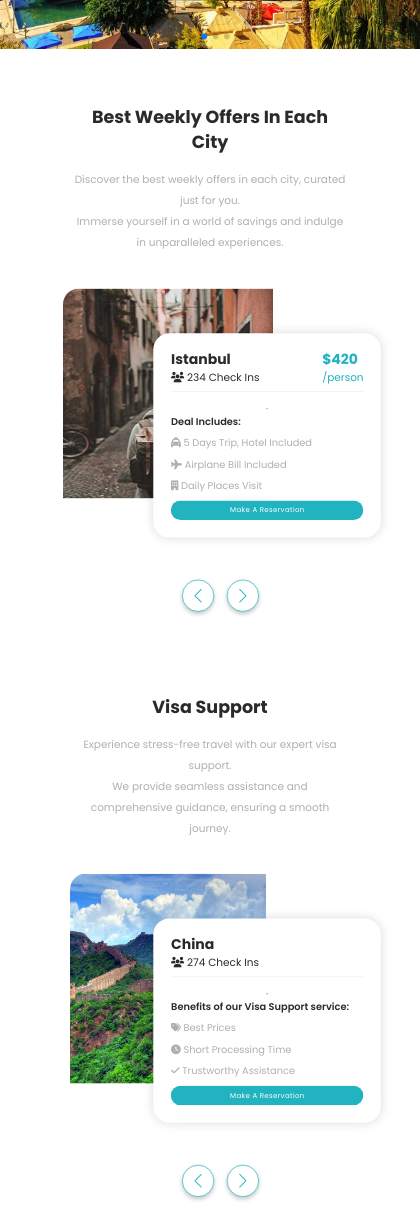
Repository: asadbekdev07/asadbekdev-zamontour-react
Page: /
These files come from the project's save history. The page is drawn as it stood at one moment and after the next save; the edit follows.
The browser window is 600 px wide. The pictures show the part of the page from y = 440 to 2680 px (the page is 2188 px tall before and 4618 px after), at 70% of full size.
The project was rebuilt for these pictures with package versions that can differ from the ones it lists, and the page was loaded fresh each time. Also part of the build but not shown: vite.config.js.

Above is the page before, as saved 2024-05-26 17:31:32.

### index.html
<!doctype html>
<html lang="en">
  <head>
    <meta charset="UTF-8" />
    <link rel="icon" type="image/svg+xml" href="/vite.svg" />
    <meta name="viewport" content="width=device-width, initial-scale=1.0" />
    <title>Vite + React</title>
    <link rel="stylesheet" href="https://cdnjs.cloudflare.com/ajax/libs/font-awesome/6.5.2/css/all.min.css" integrity="sha512-SnH5WK+bZxgPHs44uWIX+LLJAJ9/2PkPKZ5QiAj6Ta86w+fsb2TkcmfRyVX3pBnMFcV7oQPJkl9QevSCWr3W6A==" crossorigin="anonymous" referrerpolicy="no-referrer" />

  </head>
  <body>
    <div id="root"></div>
    <script type="module" src="/src/main.jsx"></script>
  </body>
</html>

### src/main.jsx
import React from 'react'
import ReactDOM from 'react-dom/client'
import App from './assets/components/App'
import './assets/styles/index.css'
import './i18n'

ReactDOM.createRoot(document.getElementById('root')).render(
  <React.StrictMode>
    <App />
  </React.StrictMode>,
)

### src/assets/components/App.jsx
import Offers from "./Offers"
import SiteHeader from "./Site-header"
import SliderHero from "./Slider-hero"
import Visa from "./Visa"

function App() {

  return (
    <>
      <SiteHeader />
      <SliderHero />
      <Offers />
      <Visa />
    </>
  )
}

export default App

### src/assets/styles/index.css
/* CUSTOM PROPS */
:root {
  --primary-color: #22b3c1;
  --primary-bg-color: #ffffff;
  --border-color: #eeeeee;
  --secondary-text-color: #2a2a2a;
  --grayish-text-color: #afafaf;
  --form-border-color: #e0e0e0;
}

/* FONT-FACE  */
@font-face {
  font-family: "Poppins";
  src: url("../fonts/Poppins-Regular.woff2") format("woff2"), url("../fonts/Poppins-Regular.woff") format("woff");
  font-weight: normal;
  font-style: normal;
  font-display: swap;
}
@font-face {
  font-family: "Poppins";
  src: url("../fonts/Poppins-BoldItalic.woff2") format("woff2"), url("../fonts/Poppins-BoldItalic.woff") format("woff");
  font-weight: bold;
  font-style: italic;
  font-display: swap;
}
@font-face {
  font-family: "Poppins";
  src: url("../fonts/Poppins-SemiBold.woff2") format("woff2"), url("../fonts/Poppins-SemiBold.woff") format("woff");
  font-weight: 600;
  font-style: normal;
  font-display: swap;
}
@font-face {
  font-family: "Poppins";
  src: url("../fonts/Poppins-Medium.woff2") format("woff2"), url("../fonts/Poppins-Medium.woff") format("woff");
  font-weight: 500;
  font-style: normal;
  font-display: swap;
}
@font-face {
  font-family: "Poppins";
  src: url("../fonts/Poppins-Bold.woff2") format("woff2"), url("../fonts/Poppins-Bold.woff") format("woff");
  font-weight: bold;
  font-style: normal;
  font-display: swap;
}

/* GLOBAL  */
html {
  box-sizing: border-box;
  height: 100%;
  scroll-behavior: smooth;
}

*,
*::before,
*::after {
  box-sizing: inherit;
}

:focus {
  outline: 2px dotted var(--primary-color);
  outline-offset: 3px;
}

body {
  display: flex;
  flex-direction: column;
  height: 100%;
  padding: 0;
  margin: 0;
  font-weight: 400;
  font-family: "Poppins", "Arial", sans-serif;
  font-size: 15px;
  background-color: #ffffff;
  color: var(--grayish-text-color);
}

img {
  max-width: 100%;
  height: auto;
}

/* AUTOFILL-STYLES */
/*input:-webkit-autofill,
input:-webkit-autofill:hover,
input:-webkit-autofill:focus,
textarea:-webkit-autofill,
textarea:-webkit-autofill:hover,
textarea:-webkit-autofill:focus,
select:-webkit-autofill,
select:-webkit-autofill:hover,
select:-webkit-autofill:focus {
  border-color: transparent;
  -webkit-text-fill-color: inherit;
  -webkit-box-shadow: 0 0 0px 1000px #fff inset;
}*/


/* PLACEHOLDER-STYLES */
/*::-webkit-input-placeholder,
::-moz-placeholder,
:-ms-input-placeholder,
:-moz-placeholder {
  color: rgba(52, 49, 61, 0.5);
  opacity: 1;
}*/


/* VISUALLY-HIDDEN */
.visually-hidden {
  position: absolute;
  width: 1px;
  height: 1px;
  margin: -1px;
  border: 0;
  padding: 0;
  clip: rect(0 0 0 0);
  overflow: hidden;
}


/* CONTAINER  */
.container {
  width: 100%;
  max-width: 1200px;
  padding-left: 20px;
  padding-right: 20px;
  margin-left: auto;
  margin-right: auto;
}

/* MAIN-CONTENT  */
.main-content {
  flex-grow: 1;
}

/* BUTTON  */
.button {
  padding: 13px 30px;
  margin: 0;
  display: inline-block;
  border-radius: 25px;
  font-weight: 500;
  line-height: 21px;
  font-size: 14px;
  letter-spacing: 0.5px;
  transition: color 0.4s ease;
  text-transform: capitalize;
  border: 1px solid transparent;
  background-color: #22b3c1;
  color: #ffffff;
  overflow: hidden;
  text-decoration: none;
  cursor: pointer;
  white-space: nowrap;
  text-align: center;
}
.button:hover {
  opacity: 0.8;
}
.button:active {
  opacity: 0.6;
}

.button--arrow {
  color: #22b3c1;
  transition: all 0.5s ease;
  text-decoration: none;
}

.button--white {
  background-color: #ffffff;
  color: #22b3c1;
}
.button--white:hover {
  background-color: #22b3c1;
  color: #ffffff;
  opacity: 1;
}

.button--form {
  width: 100%;
  display: block;
}

.button--cta {
  border: 1px solid #e0e0e0;
}
.button--cta:hover {
  background-color: #ffffff;
  color: #22b3c1;
  opacity: 1;
}

/* SITE-HEADER  */
.site-header {
  position: relative;
  padding: 15px 20px;
  background-color: var(--primary-color);
}

.site-header :focus {
  outline: 2px dotted var(--primary-bg-color);
  outline-offset: 3px;
}

.site-header__container {
  display: flex;
  align-items: center;
  justify-content: space-between;
}

.site-header__sitenav {
  display: flex;
  align-items: center;
  justify-content: space-between;
}

.sitenav__list {
  padding: 0;
  margin: 0;
  list-style: none;
  display: flex;
  align-items: center;
}

.sitenav__item {
  margin-right: 30px;
}

.sitenav__link {
  text-decoration: none;
  color: var(--primary-bg-color);
  transition: color 0.4s ease;
}

.sitenav__link:hover {
  color: var(--secondary-text-color);
}

.sitenav__link:active {
  opacity: 0.6;
}

.lang {
  margin: 0;
  padding: 0;
  list-style: none;
  display: flex;
  align-items: center;
}

.lang__item {
  margin-right: 30px;
}

.lang__link {
  text-decoration: none;
  color: var(--primary-bg-color);
  transition: color 0.4s ease;
}

.lang__link:hover {
  color: var(--secondary-text-color);
}

.lang__link:active {
  opacity: 0.6;
}

.social {
  margin: 0;
  padding: 0;
  list-style: none;
  display: flex;
  align-items: center;
}

.social__item:not(:last-child) {
  margin-right: 30px;
}

.social__link {
  display: block;
  text-decoration: none;
}

.social__icon {
  display: block;
  color: var(--primary-bg-color);
}

.fa-telegram {
  transition: color 0.4s ease;
}

.fa-instagram {
  transition: color 0.4s ease;
}

.fa-telegram:hover {
  color: var(--secondary-text-color)
}

.fa-instagram:hover {
  color: var(--secondary-text-color)
}

.site-header__toggler {
  display: none;
  width: 24px;
  height: 22px;
  border: 0;
  background-color: transparent;
  padding: 0;
  margin: 0;
  color: var(--primary-bg-color);
}

/* SLIDER-HERO  */
.slider {
  background-position: center;
  background-repeat: no-repeat;
  background-size: cover;
}

.slider__container {
  width: 90%;
  padding-top: 90px;
  padding-bottom: 90px;
  display: flex;
  flex-direction: column;
  align-items: center;
}

.slider__top {
  padding-top: 50px;
  width: 100%;
  text-align: center;
}

.slider__top-heading {
  margin-top: 0;
  margin-bottom: 20px;
  font-weight: 500;
  font-size: 20px;
  color: var(--primary-bg-color);
}

.slider__top-city {
  margin-top: 0;
  margin-bottom: 30px;
  font-weight: 700;
  font-size: 50px;
  color: var(--primary-bg-color);
}

.slider__bottom {
  width: 100%;
}

.list {
  padding: 0;
  margin: 0;
  list-style: none;
  padding: 30px 60px;
  margin-top: 40px;
  display: flex;
  align-items: center;
  justify-content: space-between;
  border-radius: 60px;
  background-color: var(--primary-bg-color);
}

.list__item-inner {
  display: flex;
  align-items: center;
}
.list__item-inner .fa {
  display: flex;
  align-items: center;
  justify-content: center;
  margin-right: 20px;
  width: 60px;
  height: 60px;
  border-radius: 50%;
  line-height: 50px;
  font-size: 25px;
  text-align: center;
  border: 1px solid var(--primary-color);
  color: var(--primary-color);
}

.list__subheading {
  margin: 0;
  font-weight: 700;
  font-size: 20px;
  line-height: 28px;
  color: var(--primary-color);
}
.list__subheading span {
  font-weight: 400;
  font-size: 15px;
  color: var(--grayish-text-color);
}

.lang__link.selected {
  font-weight: bold;
  color: var(--primary-color);
  text-decoration: underline;
}

/* OFFERS  */
.offers,
.visa {
  position: relative;
  padding-top: 80px;
  padding-bottom: 80px;
}

.offers__content,
.visa__content {
  width: 70%;
  margin-left: 15%;
  margin-right: 15%;
  margin-bottom: 50px;
  text-align: center;
}

.offers__title,
.visa__title {
  margin-top: 0;
  margin-bottom: 20px;
  font-weight: 700;
  font-size: 30px;
  line-height: 36px;
  text-transform: capitalize;
  color: var(--secondary-text-color);
}

.offers__description,
.visa__description {
  line-height: 30px;
}

.offers__card,
.visa__card {
  width: 350px;
  height: 420px;
  border-radius: 8px;
  display: flex;
  cursor: pointer;
  align-items: center;
  justify-content: center;
  flex-direction: column;
  position: relative;
}

.offers__img,
.visa__img {
  height: 300px;
  padding-right: 150px;
  padding-bottom: 120px;
  border-top-left-radius: 23px;
  border-bottom-left-radius: 23px;
}


.visa__img {
  width: 50%;
  object-fit: cover;
}

.inner {
  position: absolute;
  right: 1%;
  display: flex;
  flex-direction: column;
  justify-content: center;
  position: absolute;
  z-index: 10000;
  width: 250px;
  padding: 25px;
  border-radius: 23px;
  box-shadow: 0px 0px 15px rgba(0, 0, 0, 0.15);
  background-color: var(--primary-bg-color);
}

.inner__top {
  display: flex;
  align-items: center;
  justify-content: space-between;
  padding-bottom: 10px;
  position: relative;
  margin-bottom: 15px;
  border-bottom: 1px solid #eee;
}

.inner__top h4 {
  font-size: 20px;
  line-height: 24px;
  color: var(--secondary-text-color);
  margin: 0;
}

.inner__top h6 {
  margin: 0;
  font-weight: 700;
  font-size: 20px;
  line-height: 24px;
  color: var(--primary-color);
}
.inner__top span {
  font-weight: 400;
  font-size: 15px;
  line-height: 18px;
}

.inner__list {
  margin: 0;
  padding: 0;
  list-style: none;
  margin-bottom: 10px;
}

.inner__list li:not(:last-child) {
  margin-bottom: 10px;
}

.inner__list li:not(:first-child) {
  font-size: 14px;
  line-height: 21px;
  color: var(--grayish-text-color);
}

.inner__list-title {
  font-weight: 600;
  font-size: 14px;
  line-height: 20px;
  color: var(--secondary-text-color);
}

.swiper-buttons {
  display: flex;
  justify-content: center;
  position: absolute;
  left: 42%;
  bottom: 10%; /* Adjust as needed */
  width: 15%;
}

.swiper-button-next,
.swiper-button-prev {
  width: 46px;
  height: 46px;
  border-radius: 50%;
  border: 1.5px solid var(--primary-color);
  background-color: var(--primary-bg-color);
  color: var(--primary-color);
  text-align: center;
  line-height: 44px;
  cursor: pointer;
  box-shadow: 0 3px 6px rgba(0, 0, 0, 0.23);
  margin: 0 15px;
  font-size: 20px;
}

.swiper-button-next:hover,
.swiper-button-prev:hover {
  background-color: var(--primary-color);
  color: var(--primary-bg-color);
}

.swiper-button-next::after,
.swiper-button-prev::after {
  font-size: 20px; /* Custom size for the arrow icons */
}

@media only screen and (min-width: 1000px) and (max-width: 1200px) {
  .offers__card {
    width: 30%;
  }

  .offers__img {
    height: 300px;
    padding-right: 85px;
    padding-bottom: 120px;
  }

  .inner {
    width: 210px;
    padding: 21px;
  }
}
@media only screen and (max-width: 1000px) {
  .offers__card {
    width: 45%;
  }

  .offers__img {
    height: 300px;
    padding-right: 60px;
    padding-bottom: 120px;
  }

  .inner {
    width: 225px;
    padding: 25px;
  }

  .swiper-buttons {
    left: 45%;
  }

  .swiper-button-next,
  .swiper-button-prev {
    margin: 0 0;
  }
}

@media only screen and (max-width: 900px) {
  .site-header__sitenav {
    display: none;
  }

  .site-header__toggler {
    display: block;
  }

  .site-header.is-open .site-header__sitenav {
    z-index: 1000;
    width: 90%;
    display: flex;
    flex-direction: column;
    position: absolute;
    top: 90%;
    left: 5%;
    right: 5%;
    background-color: var(--primary-bg-color);
  }

  .site-header.is-open .sitenav {
    width: 100%;
  }

  .site-header.is-open .sitenav__list,
  .site-header.is-open .social,
  .site-header.is-open .lang {
    display: flex;
    flex-direction: column;
    width: 100%;
  }

  .site-header.is-open .sitenav__item,
  .site-header.is-open .lang__item,
  .site-header.is-open .social__item {
    width: 100%;
    margin: 0;
    padding-top: 8px;
    padding-bottom: 8px;
    border-bottom: 1px solid var(--form-border-color);
    text-align: center;
  }

  .site-header.is-open .sitenav__link,
  .site-header.is-open .lang__link,
  .site-header.is-open .social__link,
  .site-header.is-open .social__icon {
    color: var(--secondary-text-color);
  }

  .site-header.is-open .lang__link:hover,
  .site-header.is-open .social__link:hover,
  .site-header.is-open .social__icon:hover {
    color: var(--primary-color);
  }
  /* LIST */
  .list__subheading {
    font-size: 15px;
    line-height: 18px;
  }
  .list__subheading span {
    font-size: 12px;
  }
  .list__item-inner .fa {
    margin-right: 15px;
    width: 50px;
    height: 50px;
    border-radius: 50%;
    line-height: 40px;
    font-size: 20px;
  }
}

@media only screen and (max-width: 800px) {
  .button {
    padding: 10px 20px;
    border-radius: 20px;
    font-weight: 400;
    line-height: 15px;
    font-size: 13px;
    letter-spacing: 0.5px;
  }
  /* SLIDER  */
  .slider__top-heading {
    margin-bottom: 18px;
    font-weight: 500;
    font-size: 16px;
  }
  .slider__top-city {
    margin-top: 0;
    margin-bottom: 25px;
    font-weight: 700;
    font-size: 40px;
  }

  .swiper-button-next,
  .swiper-button-prev {
    margin: 0 -8px;
  }
}

@media only screen and (min-width: 500px) and (max-width: 700px) {
  .offers__img,
  .visa__img {
    padding-right: 120px;
  }
  .inner {
    width: 275px;
    margin-right: 30px;
  }
}

@media only screen and (max-width: 700px) {
  .list {
    padding: 20px 40px;
    margin-top: 30px;
    border-radius: 50px;
  }
  .list__item-inner .fa {
    margin-right: 12px;
    width: 35px;
    height: 35px;
    border-radius: 50%;
    line-height: 25px;
    font-size: 15px;
  }
  .list__subheading {
    font-size: 13px;
    line-height: 15px;
  }
  .list__subheading span {
    font-size: 10px;
  }
  .offers__title,
  .visa__title {
    font-size: 25px;
  }
  .offers__img {
    width: 300px;
  }
  .swiper-button-next,
  .swiper-button-prev {
    margin: 0 -12px;
  }
}

@media only screen and (max-width: 600px) {
  .button {
    padding: 8px 18px;
    border-radius: 18px;
    font-weight: 400;
    line-height: 10px;
    font-size: 10px;
    letter-spacing: 0.5px;
  }
  /* SLIDER  */
  .slider {
    padding-top: 0;
    padding-bottom: 0;
  }
  .slider__top {
    padding-top: 20px;
  }
  .slider__top-heading {
    margin-bottom: 14px;
    font-weight: 500;
    font-size: 12px;
  }
  .slider__top-city {
    margin-top: 0;
    margin-bottom: 20px;
    font-weight: 700;
    font-size: 30px;
  }
  /* LIST  */
  .list__item-inner .fa {
    margin-right: 10px;
    width: 30px;
    height: 30px;
    border-radius: 50%;
    line-height: 20px;
    font-size: 12px;
  }
  .list__subheading {
    font-size: 10px;
    line-height: 12px;
  }
  .list__subheading span {
    font-size: 8px;
  }
  .swiper-button-next,
  .swiper-button-prev {
    margin: 0 -20px;
  }
}

@media only screen and (max-width: 500px) {
  .button {
    padding: 6px 12px;
    border-radius: 15px;
    font-weight: 400;
    line-height: 1;
    font-size: 7px;
    letter-spacing: 0.5px;
  }
  /* SLIDER  */

  .slider__container {
    padding-top: 50px;
    padding-bottom: 50px;
  }
  /* LIST  */
  .list {
    padding: 15px 22px;
    margin-top: 25px;
    border-radius: 40px;
  }
  .list__item-inner .fa {
    margin-right: 5px;
    width: 20px;
    height: 20px;
    border-radius: 50%;
    line-height: 10px;
    font-size: 8px;
  }
  .list__subheading {
    font-size: 7px;
    line-height: 1;
  }
  .list__subheading span {
    font-size: 5px;
  }
  .offers__img {
    width: 230px;
  }
  .swiper-button-next,
  .swiper-button-prev {
    margin: 0 -35px;
  }
}

@media
only screen and (-webkit-min-device-pixel-ratio: 2),
only screen and (   min--moz-device-pixel-ratio: 2),
only screen and (     -o-min-device-pixel-ratio: 2/1),
only screen and (        min-device-pixel-ratio: 2),
only screen and (                min-resolution: 192dpi),
only screen and (                min-resolution: 2dppx) {

}

### src/i18n.jsx
import i18n from 'i18next';
import { initReactI18next } from 'react-i18next';
import Backend from 'i18next-http-backend';
import laungageDetector from 'i18next-browser-languagedetector';
import enLang from '../public/locales/en.json'
import uzLang from '../public/locales/uz.json'
import ruLang from '../public/locales/ru.json'

i18n
.use(Backend)
.use(laungageDetector)
.use(initReactI18next)
.init({
  fallbackLng: 'en',
  lng: 'en',
  debug: true,
  resources: {
    en:{translation: enLang},
    uz:{translation: uzLang},
    ru:{translation: ruLang}
  }
})

export default i18n;

### src/assets/components/Slider-hero.jsx
import React from 'react';
import { Swiper, SwiperSlide } from 'swiper/react';
import 'swiper/css';
import 'swiper/css/pagination';
import 'swiper/css/navigation';


import { Autoplay, Pagination, Navigation } from 'swiper/modules';

import istanbulImg from '/img/istanbul.jpg';
import antalyaImg from '/img/antalya.jpg';
import dubaiImg from '/img/dubai2.jpg';
import sharmImg from '/img/sharm.jpg';

const slidesData = [
  {
    img: istanbulImg,
    city: 'Istanbul',
    population: '15.5 M',
    territory: '5.461 km²',
    avgPrice: '$946.000'
  },
  {
    img: antalyaImg,
    city: 'Antalya',
    population: '1.5 M',
    territory: '1.417 km²',
    avgPrice: '$1.100.200'
  },
  {
    img: dubaiImg,
    city: 'Dubai',
    population: '3.3 M',
    territory: '35 km²',
    avgPrice: '$425.000'
  },
  {
    img: sharmImg,
    city: 'Sharm El-Sheikh',
    population: '0.07 M',
    territory: '45 km²',
    avgPrice: '$165.450'
  }
];

const SlideContent = ({ img, city, population, territory, avgPrice }) => (
  <section className="slider" style={{ backgroundImage: `url(${img})` }}>
    <div className="container slider__container">
      <div className="slider__top">
        <h3 className="slider__top-heading">Take a Glimpse Into The Beautiful City Of:</h3>
        <h2 className="slider__top-city">{city}</h2>
        <a className="button button--cta" href="#contact">Go There</a>
      </div>
      <div className="slider__bottom">
        <ul className="slider__bottom-list list">
          <li className="list__item">
            <div className="list__item-inner">
              <i className="fa fa-user"></i>
              <h4 className="list__subheading">
                <span>Population:</span><br />{population}
              </h4>
            </div>
          </li>
          <li className="list__item">
            <div className="list__item-inner">
              <i className="fa fa-globe"></i>
              <h4 className="list__subheading">
                <span>Territory:</span><br />{territory}
              </h4>
            </div>
          </li>
          <li className="list__item">
            <div className="list__item-inner">
              <i className="fa fa-home"></i>
              <h4 className="list__subheading">
                <span>Avg Price:</span><br />{avgPrice}
              </h4>
            </div>
          </li>
          <div className="list__item-inner">
            <a className="button" href="#contact">Explore More</a>
          </div>
        </ul>
      </div>
    </div>
  </section>
);

export default function SliderHero() {
  return (
    <Swiper
      spaceBetween={5}
      centeredSlides={true}
      autoplay={{
        delay: 5500,
        disableOnInteraction: false,
      }}
      pagination={{
        clickable: true,
      }}
      loop={true}
      navigation={false}
      modules={[Autoplay, Pagination, Navigation]}
      className="mySwiper"
    >
      {slidesData.map((slide, index) => (
        <SwiperSlide key={index}>
          <SlideContent {...slide} />
        </SwiperSlide>
      ))}
    </Swiper>
  );
}

### src/assets/components/Visa.jsx
import React from 'react';
import { Navigation, A11y } from 'swiper/modules';
import { Swiper, SwiperSlide } from 'swiper/react';
import 'swiper/css';
import 'swiper/css/navigation';

import china from '/img/china.jpg';
import hongkong from '/img/hongkong.jpg';
import europe from '/img/europe.jpeg';
import india from '/img/india.jpg';
import japan from '/img/japan.jpg';
import saudi from '/img/saudi.jpg';
import oman from '/img/oman.jpg';

const offersData = [
  { img: china, city: "China", checkIns: 274 },
  { img: hongkong, city: "Hong Kong", checkIns: 350 },
  { img: europe, city: "European (Schengen)", checkIns: 453 },
  { img: india, city: "India", checkIns: 220 },
  { img: japan, city: "Japan", checkIns: 442 },
  { img: saudi, city: "Saudi Arabia", checkIns: 424 },
  { img: oman, city: "Oman", checkIns: 389 }
];

const Visa = () => {
  return (
    <div className="visa">
      <div className="container">
        <div className="visa__content">
          <h2 className="visa__title">Visa Support</h2>
          <p className="visa__description">
          Experience stress-free travel with our expert visa support. <br/> We provide seamless assistance and comprehensive guidance, ensuring a smooth journey.
          </p>
        </div>
        <Swiper
          modules={[Navigation, A11y]}
          spaceBetween={15}
          slidesPerView={3}
          navigation={{ nextEl: '.swiper-button-next', prevEl: '.swiper-button-prev' }}
          loop={true}
          breakpoints={{
            1000: {
              slidesPerView: 3,
              spaceBetween: 15
            },
            700: {
              slidesPerView: 2,
              spaceBetween: 15
            },
            0: {
              slidesPerView: 1,
              spaceBetween: 15
            }
          }}
          onSwiper={(swiper) => console.log(swiper)}
          onSlideChange={() => console.log('slide change')}
        >
          {offersData.map((offer, index) => (
            <SwiperSlide key={index} className='visa__card'>
              <img className='visa__img' src={offer.img} alt={`${offer.city} img`} />
              <div className="visa__card-inner inner">
                <div className="inner__top">
                  <h4>{offer.city}<br /><span><i className="fa fa-users"></i> {offer.checkIns} Check Ins</span></h4>
                </div>
                <hr className='inner__divider' />
                <ul className='inner__list'>
                  <li className="inner__list-title">Benefits of our Visa Support service:</li>
                  <li><i className="fa fa-tags"></i> Best Prices</li>
                  <li><i className="fa fa-clock"></i> Short Processing Time</li>
                  <li><i className="fa fa-check"></i> Trustworthy Assistance</li>
                </ul>
                <a className="button button--wrapper" href="#contact">Make a Reservation</a>
              </div>
            </SwiperSlide>
          ))}
        </Swiper>
        <div className="swiper-buttons">
          <div className="swiper-button-prev"></div>
          <div className="swiper-button-next"></div>
        </div>
      </div>
    </div>
  );
};

export default Visa;

Loaded but not shown: public/locales/uz.json (12 lines, source omitted); public/locales/en.json (12 lines, source omitted); public/locales/ru.json (12 lines, source omitted); src/assets/components/Site-header.jsx (106 lines, source omitted); src/assets/components/Offers.jsx (86 lines, source omitted)

After the next save:
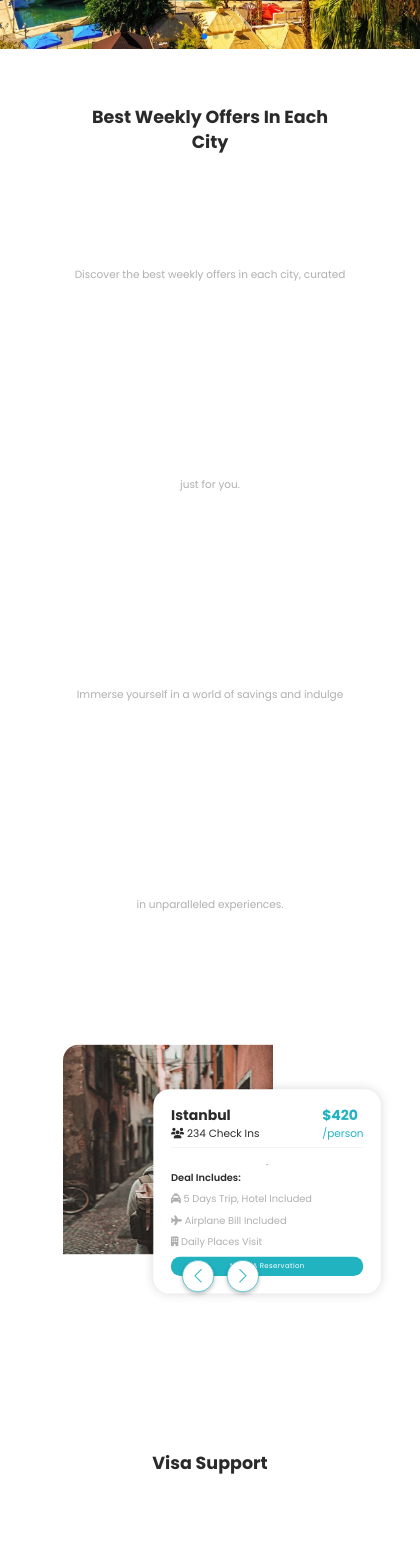
Saved 29 s later.
--- a/src/assets/styles/index.css
+++ b/src/assets/styles/index.css
@@ -757,6 +757,10 @@ select:-webkit-autofill:focus {
   .visa__title {
     font-size: 25px;
   }
+  .offers__description,
+  .visa__description {
+    line-height: 20;
+  }
   .offers__img {
     width: 300px;
   }
